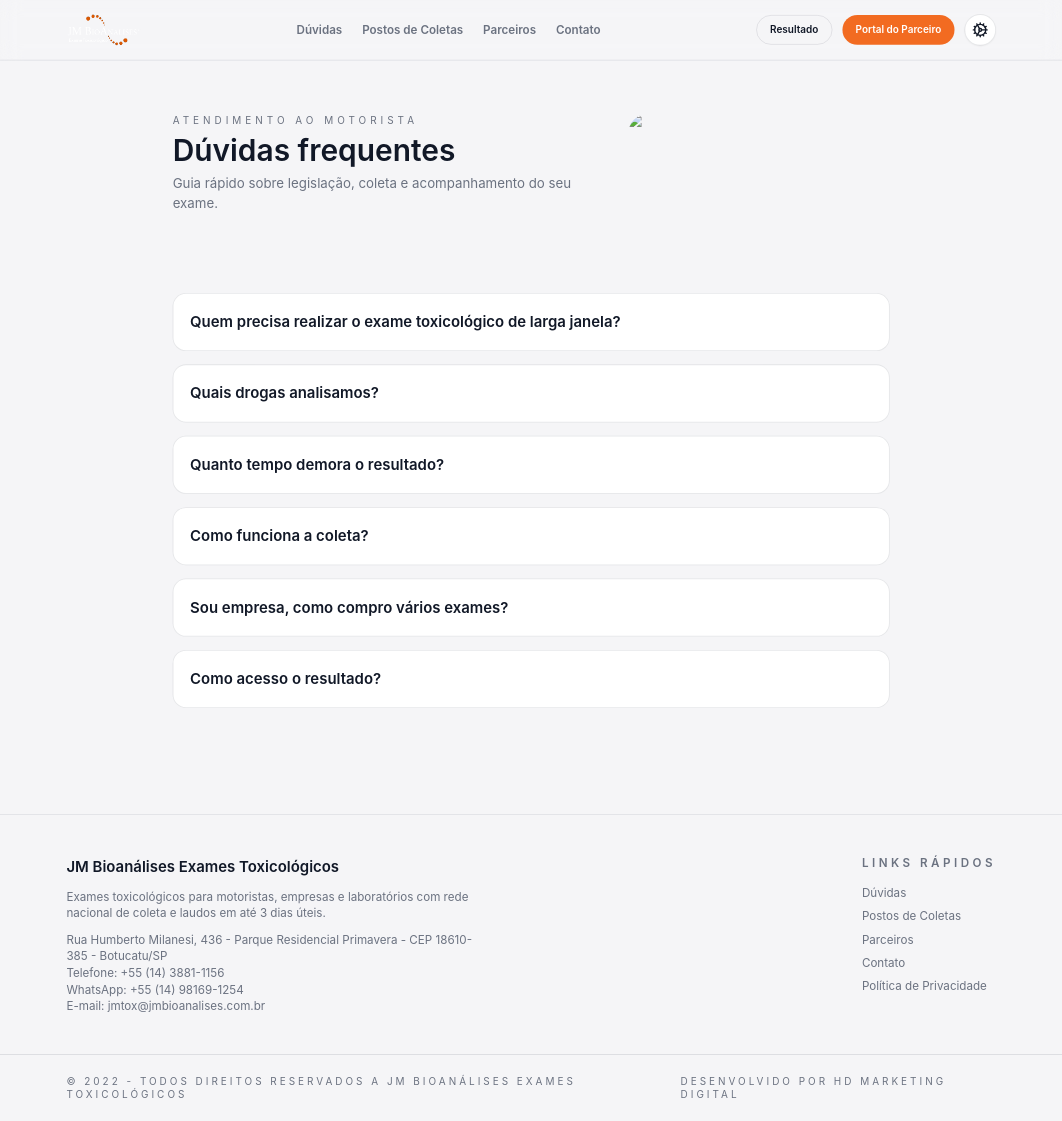
Repository: 1xLab/cat1
Page: /duvidas-frequentes
These files come from the project's save history. The page is drawn as it stood at one moment and after the next save; the edit follows.
The browser window is 1280 px wide. The pictures show the whole page, at 83% of full size.
The page's requests for data from a server got no answer. The project was rebuilt for these pictures with package versions that can differ from the ones it lists, and the page was loaded fresh each time. The framework's server and built-in components were replaced by stand-ins that run in the browser. No one was signed in, and anything a server would have sent is missing. Also part of the build but not shown: next.config.ts.

Above is the page before, as saved 2025-11-19 21:48:12.

### src/app/layout.tsx
import type { Metadata } from "next";
import { Geist, Geist_Mono } from "next/font/google";
import "./globals.css";

import { Header } from "@/components/layout/header";
import { Footer } from "@/components/layout/footer";
import { baseMetadata } from "@/lib/seo";
import { LabSchema } from "@/components/seo/lab-schema";
import { TagManager } from "@/components/analytics/tag-manager";

const geistSans = Geist({
  variable: "--font-geist-sans",
  subsets: ["latin"],
});

const geistMono = Geist_Mono({
  variable: "--font-geist-mono",
  subsets: ["latin"],
});

export const metadata: Metadata = baseMetadata;

export default function RootLayout({
  children,
}: Readonly<{
  children: React.ReactNode;
}>) {
  return (
    <html lang="pt-BR" data-theme="sunrise">
      <body className={`${geistSans.variable} ${geistMono.variable} antialiased`}>
        <TagManager />
        <LabSchema />
        <Header />
        <main className="min-h-screen bg-[var(--color-bg)] text-[var(--color-text)]">
          {children}
        </main>
        <Footer />
      </body>
    </html>
  );
}

### src/app/duvidas-frequentes/page.tsx
import Image from "next/image";
import type { Metadata } from "next";

const illustration = "/imagens/illustration-duvidas.svg";

const faqs = [
  {
    question: "Quem precisa realizar o exame toxicológico de larga janela?",
    answer:
      "Motoristas das categorias C, D e E que vão emitir, renovar ou alterar a CNH e profissionais CLT dessas categorias nos processos de admissão e desligamento previstos na Lei do Motorista (Lei 13.103/15) e Portaria 116 do Ministério do Trabalho.",
  },
  {
    question: "Quais drogas analisamos?",
    answer:
      "Seguimos o painel exigido pelo DENATRAN: cocaína e derivados, maconha e derivados, anfetaminas, metanfetaminas, ecstasy (MDMA/MDA), opiáceos (codeína, morfina, heroína) e anorexígenos (anfetamina, mazindol, femproporex).",
  },
  {
    question: "Quanto tempo demora o resultado?",
    answer:
      "Após a amostra chegar ao laboratório liberamos o laudo digital em até 3 dias úteis. Em regiões remotas ou com alto volume o prazo pode chegar a 5 dias úteis, mas sempre informamos o status no portal.",
  },
  {
    question: "Como funciona a coleta?",
    answer:
      "Coletamos preferencialmente cabelo com pelo menos 4 cm próximo à raiz. Se o motorista estiver sem cabelo suficiente usamos pelos do corpo (axila, tórax, pernas etc.). A ausência total de pelos inviabiliza o exame.",
  },
  {
    question: "Sou empresa, como compro vários exames?",
    answer:
      "Entre em contato com nosso time comercial para planos corporativos. Entregamos vouchers centralizados, relatórios para o CAGED e suporte para auditorias de segurança.",
  },
  {
    question: "Como acesso o resultado?",
    answer:
      "Use o botão Resultado no topo do site, informe CPF e senha e acompanhe o status. Também enviamos alertas por e-mail e WhatsApp quando o laudo está disponível.",
  },
];

export const metadata: Metadata = {
  title: "Dúvidas frequentes | JM Tox",
};

export default function DuvidasPage() {
  return (
    <section className="mx-auto max-w-4xl px-4 py-16">
      <div className="grid gap-6 md:grid-cols-[1fr_0.6fr]">
        <div className="space-y-2">
          <p className="text-xs uppercase tracking-[0.4em] text-[var(--color-text-muted)]">
            Atendimento ao motorista
          </p>
          <h1 className="text-4xl font-semibold text-[var(--color-text)]">
            Dúvidas frequentes
          </h1>
          <p className="text-[var(--color-text-muted)]">
            Guia rápido sobre legislação, coleta e acompanhamento do seu exame.
          </p>
        </div>
        <div className="relative h-44 rounded-3xl">
          <Image
            src={illustration}
            alt="Ilustração de caminhão à noite"
            fill
            className="rounded-3xl object-cover"
            sizes="(min-width: 768px) 250px, 100vw"
          />
        </div>
      </div>
      <div className="mt-10 space-y-4">
        {faqs.map((faq) => (
          <details
            key={faq.question}
            className="rounded-2xl border border-[var(--color-outline)] bg-[var(--color-surface)] p-5"
          >
            <summary className="cursor-pointer list-none text-lg font-semibold text-[var(--color-text)]">
              {faq.question}
            </summary>
            <p className="mt-3 text-sm text-[var(--color-text-muted)]">
              {faq.answer}
            </p>
          </details>
        ))}
      </div>
    </section>
  );
}

### src/app/globals.css
@tailwind base;
@tailwind components;
@tailwind utilities;

:root {
  --color-bg: #f5f5f7;
  --color-surface: #ffffff;
  --color-text: #111827;
  --color-text-muted: #6b7280;
  --color-primary: #f26b21;
  --color-primary-dark: #c65310;
  --color-header: #050608;
  --color-outline: rgba(15, 23, 42, 0.1);
}

[data-theme="sunrise"] {
  --color-bg: #f5f5f7;
  --color-surface: #ffffff;
  --color-text: #111827;
  --color-text-muted: #6b7280;
  --color-primary: #f26b21;
  --color-primary-dark: #c65310;
  --color-header: #050608;
}

[data-theme="midnight"] {
  --color-bg: #050608;
  --color-surface: #111827;
  --color-text: #f9fafb;
  --color-text-muted: #9ca3af;
  --color-primary: #f26b21;
  --color-primary-dark: #f26b21;
  --color-header: #000000;
  --color-outline: rgba(255, 255, 255, 0.1);
}

[data-theme="clinical"] {
  --color-bg: #f3f6fb;
  --color-surface: #ffffff;
  --color-text: #0f172a;
  --color-text-muted: #3f4d63;
  --color-primary: #2563eb;
  --color-primary-dark: #1d4ed8;
  --color-header: #0f172a;
  --color-outline: rgba(15, 23, 42, 0.08);
}

[data-theme="high-contrast"] {
  --color-bg: #000000;
  --color-surface: #000000;
  --color-text: #ffffff;
  --color-text-muted: #f3f4f6;
  --color-primary: #ffbf00;
  --color-primary-dark: #f59e0b;
  --color-header: #000000;
  --color-outline: rgba(255, 255, 255, 0.2);
}

[data-theme="dark"] {
  --color-bg: #111436;
  --color-surface: rgba(255, 255, 255, 0.08);
  --color-text: #fefefe;
  --color-text-muted: #d4ddff;
  --color-primary: #f97316;
  --color-primary-dark: #ea580c;
  --color-header: rgba(17, 20, 54, 0.9);
  --color-outline: rgba(255, 255, 255, 0.2);
}

@layer base {
  * {
    box-sizing: border-box;
  }

  body {
    background: var(--color-bg);
    color: var(--color-text);
    font-family: "Inter", system-ui, -apple-system, BlinkMacSystemFont,
      "Segoe UI", sans-serif;
    min-height: 100vh;
  }
}

@layer utilities {
  .text-balance {
    text-wrap: balance;
  }

  .glass-panel {
    background: color-mix(in srgb, var(--color-surface) 90%, transparent);
    backdrop-filter: blur(18px);
    border: 1px solid color-mix(in srgb, var(--color-outline) 80%, transparent);
    border-radius: 1.5rem;
    box-shadow: 0 15px 45px rgba(15, 23, 42, 0.12);
  }
}

### src/components/layout/header.tsx
import Image from "next/image";
import Link from "next/link";
import { ThemeSwitcher } from "@/components/theme-switcher";
import { Button } from "@/components/ui/button";

const navItems = [
  { label: "Dúvidas", href: "/duvidas-frequentes" },
  { label: "Postos de Coletas", href: "/postos-de-coletas" },
  { label: "Parceiros", href: "/parceiros" },
  { label: "Contato", href: "/contato" },
];

export function Header() {
  return (
    <header className="sticky top-0 z-40 border-b border-[var(--color-outline)] bg-[var(--color-header)]/15 backdrop-blur-md">
      <div className="container mx-auto flex max-w-6xl items-center justify-between gap-4 px-4 py-4">
        <Link href="/" className="flex items-center gap-3">
          <Image
            src="/logo-jm-bioanalises-branco.png"
            alt="JM Bioanálises"
            width={150}
            height={42}
            className="h-10 w-auto"
            priority
          />
          <span className="sr-only">JM Bioanálises</span>
        </Link>
        <nav className="hidden items-center gap-6 text-sm font-semibold text-[var(--color-text-muted)] lg:flex">
          {navItems.map((item) => (
            <Link
              key={item.href}
              href={item.href}
              className="transition hover:text-[var(--color-text)]"
            >
              {item.label}
            </Link>
          ))}
        </nav>
        <div className="flex items-center gap-3">
          <Button asChild variant="outline" size="sm">
            <Link href="/duvidas-frequentes#resultado-online">Resultado</Link>
          </Button>
          <Button asChild size="sm">
            <Link href="/parceiros">Portal do Parceiro</Link>
          </Button>
          <ThemeSwitcher />
        </div>
      </div>
      <div className="border-t border-[var(--color-outline)] bg-[var(--color-header)] px-4 py-3 lg:hidden">
        <nav className="flex flex-wrap gap-3 text-sm font-semibold text-[var(--color-text-muted)]">
          {navItems.map((item) => (
            <Link
              key={item.href}
              href={item.href}
              className="rounded-full border border-gray-600 px-3 py-1 transition hover:border-[var(--color-primary)] hover:text-white"
            >
              {item.label}
            </Link>
          ))}
        </nav>
      </div>
    </header>
  );
}

### src/components/layout/footer.tsx
import Link from "next/link";

import { siteConfig } from "@/lib/site";

const quickLinks = [
  { label: "Dúvidas", href: "/duvidas-frequentes" },
  { label: "Postos de Coletas", href: "/postos-de-coletas" },
  { label: "Parceiros", href: "/parceiros" },
  { label: "Contato", href: "/contato" },
  { label: "Política de Privacidade", href: "/politica-de-privacidade" },
];

export function Footer() {
  return (
    <footer className="mt-16 border-t border-[var(--color-outline)] bg-[var(--color-surface)]/95">
      <div className="mx-auto flex max-w-6xl flex-col gap-8 px-4 py-12 md:flex-row md:justify-between">
        <div className="max-w-lg space-y-3">
          <p className="text-lg font-semibold text-[var(--color-text)]">
            {siteConfig.name}
          </p>
          <p className="text-sm text-[var(--color-text-muted)]">
            {siteConfig.description}
          </p>
          <div className="text-sm text-[var(--color-text-muted)]">
            <p>{siteConfig.address}</p>
            <p>Telefone: {siteConfig.contacts.phone}</p>
            <p>WhatsApp: {siteConfig.contacts.mobile}</p>
            <p>E-mail: {siteConfig.contacts.email}</p>
          </div>
        </div>
        <div>
          <p className="text-sm font-semibold uppercase tracking-[0.3em] text-[var(--color-text-muted)]">
            Links rápidos
          </p>
          <ul className="mt-4 space-y-2 text-sm">
            {quickLinks.map((link) => (
              <li key={link.href}>
                <Link
                  href={link.href}
                  className="text-[var(--color-text-muted)] transition hover:text-[var(--color-text)]"
                >
                  {link.label}
                </Link>
              </li>
            ))}
          </ul>
        </div>
      </div>
      <div className="border-t border-[var(--color-outline)]">
        <div className="mx-auto flex max-w-6xl flex-col gap-2 px-4 py-6 text-xs uppercase tracking-[0.3em] text-[var(--color-text-muted)] md:flex-row md:items-center md:justify-between">
          <p>
            © 2022 - Todos Direitos Reservados a JM Bioanálises Exames Toxicológicos
          </p>
          <p>Desenvolvido por HD Marketing Digital</p>
        </div>
      </div>
    </footer>
  );
}

### src/lib/seo.ts
import type { Metadata } from "next";
import { siteConfig } from "./site";

type SEOParams = {
  title?: string;
  description?: string;
  path?: string;
};

export const baseMetadata: Metadata = {
  metadataBase: new URL(siteConfig.url),
  title: {
    default: `${siteConfig.name} | Laboratório de Toxicologia`,
    template: `%s | ${siteConfig.name}`,
  },
  description: siteConfig.description,
  openGraph: {
    type: "website",
    url: siteConfig.url,
    title: siteConfig.name,
    description: siteConfig.description,
    images: [
      {
        url: siteConfig.ogImage,
        width: 1200,
        height: 630,
        alt: siteConfig.name,
      },
    ],
  },
  twitter: {
    card: "summary_large_image",
    title: siteConfig.name,
    description: siteConfig.description,
    images: [siteConfig.ogImage],
  },
  icons: {
    icon: "/favicon.ico",
  },
};

export const generatePageMetadata = ({
  title,
  description,
  path = "",
}: SEOParams): Metadata => ({
  ...baseMetadata,
  title,
  description,
  alternates: {
    canonical: path ? `${siteConfig.url}${path}` : siteConfig.url,
  },
});

### src/components/seo/lab-schema.tsx
export function LabSchema() {
  const jsonLd = {
    "@context": "https://schema.org",
    "@type": "MedicalOrganization",
    name: "JM Bioanálises Exames Toxicológicos",
    url: "https://jmtox.com.br",
    address: {
      "@type": "PostalAddress",
      streetAddress:
        "Rua Humberto Milanesi, 436 - Parque Residencial Primavera",
      addressLocality: "Botucatu",
      addressRegion: "SP",
      postalCode: "18610-385",
      addressCountry: "BR",
    },
    contactPoint: {
      "@type": "ContactPoint",
      telephone: "+55-14-3881-1156",
      contactType: "customer service",
      availableLanguage: ["Portuguese", "English"],
    },
    sameAs: ["https://www.linkedin.com/company/jmbioanalises"],
    medicalSpecialty: ["Toxicologic"],
  };

  return (
    <script
      type="application/ld+json"
      dangerouslySetInnerHTML={{ __html: JSON.stringify(jsonLd) }}
    />
  );
}

### src/components/analytics/tag-manager.tsx
"use client";

import Script from "next/script";

export function TagManager() {
  const id = process.env.NEXT_PUBLIC_GTM_ID;
  if (!id) return null;

  return (
    <>
      <Script id="gtm-loader">
        {`
          (function(w,d,s,l,i){w[l]=w[l]||[];w[l].push({'gtm.start':
          new Date().getTime(),event:'gtm.js'});var f=d.getElementsByTagName(s)[0],
          j=d.createElement(s),dl=l!='dataLayer'?'&l='+l:'';j.async=true;j.src=
          'https://www.googletagmanager.com/gtm.js?id='+i+dl;f.parentNode.insertBefore(j,f);
          })(window,document,'script','dataLayer','${id}');
        `}
      </Script>
      <noscript>
        <iframe
          src={`https://www.googletagmanager.com/ns.html?id=${id}`}
          height="0"
          width="0"
          style={{ display: "none", visibility: "hidden" }}
        />
      </noscript>
    </>
  );
}

### src/components/theme-switcher.tsx
"use client";

import { useEffect, useState } from "react";
import { Cog, Check } from "lucide-react";
import { cn } from "@/lib/utils";

const themes = [
  { id: "sunrise", name: "Sunrise Light", description: "Luz natural com laranja vibrante." },
  { id: "midnight", name: "Midnight Dark", description: "Interface escura para salas de comando." },
  { id: "clinical", name: "Clinical Light", description: "Azul clínico com fundos neutros." },
  { id: "high-contrast", name: "High Contrast", description: "Alto contraste para máxima leitura." },
];

function applyThemeValue(
  value: string,
  setTheme: (theme: string) => void
) {
  const next = themes.find((item) => item.id === value) ? value : "sunrise";
  setTheme(next);
  document.documentElement.setAttribute("data-theme", next);
  try {
    localStorage.setItem("jmbio-theme", next);
  } catch {
    /* ignore */
  }
}

export function ThemeSwitcher() {
  const [open, setOpen] = useState(false);
  const [theme, setTheme] = useState("sunrise");

  useEffect(() => {
    let stored = "sunrise";
    try {
      stored = localStorage.getItem("jmbio-theme") || "sunrise";
    } catch {
      stored = "sunrise";
    }
    applyThemeValue(stored, setTheme);
  }, []);

  function apply(value: string) {
    applyThemeValue(value, setTheme);
  }

  return (
    <div className="relative">
      <button
        aria-label="Alterar tema do site"
        className="rounded-full border border-[var(--color-outline)] bg-[var(--color-surface)] p-2 text-[var(--color-text)] shadow-sm transition hover:shadow-md"
        onClick={() => setOpen((prev) => !prev)}
      >
        <Cog className="h-5 w-5" />
      </button>
      {open && (
        <div className="absolute right-0 z-50 mt-3 w-64 rounded-2xl border border-[var(--color-outline)] bg-[var(--color-surface)] p-4 shadow-xl">
          <p className="text-xs font-semibold uppercase tracking-[0.3em] text-[var(--color-text-muted)]">
            Temas
          </p>
          <div className="mt-3 space-y-2">
            {themes.map((item) => (
              <button
                key={item.id}
                className={cn(
                  "flex w-full items-start gap-2 rounded-2xl border border-transparent p-3 text-left transition hover:border-[var(--color-outline)]",
                  theme === item.id && "border-[var(--color-primary)] bg-[var(--color-primary)]/10"
                )}
                onClick={() => apply(item.id)}
              >
                <span className="mt-1 text-[var(--color-primary)]">
                  {theme === item.id ? <Check className="h-4 w-4" /> : <span className="block h-4 w-4 rounded-full border border-[var(--color-outline)]" />}
                </span>
                <span>
                  <span className="font-semibold text-[var(--color-text)]">{item.name}</span>
                  <span className="block text-xs text-[var(--color-text-muted)]">{item.description}</span>
                </span>
              </button>
            ))}
          </div>
        </div>
      )}
    </div>
  );
}

### src/components/ui/button.tsx
"use client";

import * as React from "react";
import { Slot } from "@radix-ui/react-slot";
import { cva, type VariantProps } from "class-variance-authority";

import { cn } from "@/lib/utils";

const buttonVariants = cva(
  "inline-flex items-center justify-center whitespace-nowrap rounded-full text-sm font-semibold transition focus-visible:outline-none focus-visible:ring-2 focus-visible:ring-[var(--color-primary)] disabled:pointer-events-none disabled:opacity-60",
  {
    variants: {
      variant: {
        default:
          "bg-[var(--color-primary)] text-white hover:bg-[var(--color-primary-dark)]",
        secondary:
          "bg-[var(--color-surface)] text-[var(--color-text)] border border-[var(--color-outline)] hover:border-[var(--color-primary)]",
        outline:
          "border border-[var(--color-outline)] text-[var(--color-text)] hover:border-[var(--color-primary)] hover:text-[var(--color-text)]",
        ghost: "text-[var(--color-text)] hover:bg-[var(--color-outline)]/30",
        link: "underline-offset-4 text-[var(--color-primary)] hover:underline",
      },
      size: {
        default: "h-11 px-6",
        sm: "h-9 px-4 text-xs",
        lg: "h-12 px-8 text-base",
        icon: "h-10 w-10",
      },
    },
    defaultVariants: {
      variant: "default",
      size: "default",
    },
  }
);

export interface ButtonProps
  extends React.ButtonHTMLAttributes<HTMLButtonElement>,
    VariantProps<typeof buttonVariants> {
  asChild?: boolean;
}

const Button = React.forwardRef<HTMLButtonElement, ButtonProps>(
  ({ className, variant, size, asChild = false, ...props }, ref) => {
    const Comp = asChild ? Slot : "button";
    return (
      <Comp
        className={cn(buttonVariants({ variant, size, className }))}
        ref={ref}
        {...props}
      />
    );
  }
);
Button.displayName = "Button";

export { Button, buttonVariants };

### src/lib/site.ts
export const siteConfig = {
  name: "JM Bioanálises Exames Toxicológicos",
  description:
    "Exames toxicológicos para motoristas, empresas e laboratórios com rede nacional de coleta e laudos em até 3 dias úteis.",
  url: "https://jmtox.com.br",
  ogImage: "/logo-jm-bioanalises-branco.png",
  social: {
    linkedin: "https://www.linkedin.com/company/jmbioanalises",
    whatsapp: "https://api.whatsapp.com/send?phone=5514981691254",
  },
  contacts: {
    phone: "+55 (14) 3881-1156",
    mobile: "+55 (14) 98169-1254",
    email: "jmtox@jmbioanalises.com.br",
  },
  address:
    "Rua Humberto Milanesi, 436 - Parque Residencial Primavera - CEP 18610-385 - Botucatu/SP",
};

export type SiteConfig = typeof siteConfig;

### src/lib/utils.ts
import { type ClassValue, clsx } from "clsx";
import { twMerge } from "tailwind-merge";

export function cn(...inputs: ClassValue[]) {
  return twMerge(clsx(inputs));
}

export function formatPhone(phone: string) {
  const digits = phone.replace(/\D/g, "");
  const match = digits.match(/^(\d{2})(\d{5})(\d{4})$/);
  if (!match) return phone;
  return `(${match[1]}) ${match[2]}-${match[3]}`;
}

export function slugify(value: string) {
  return value
    .toLowerCase()
    .normalize("NFD")
    .replace(/[\u0300-\u036f]/g, "")
    .replace(/[^a-z0-9]+/g, "-")
    .replace(/(^-|-$)+/g, "");
}

export function formatIsoDate(date: string) {
  return new Date(date).toLocaleDateString("pt-BR", {
    day: "2-digit",
    month: "short",
    year: "numeric",
  });
}

### tailwind.config.ts
import type { Config } from "tailwindcss";
import { fontFamily } from "tailwindcss/defaultTheme";
import animate from "tailwindcss-animate";

const config: Config = {
  darkMode: ["class"],
  content: ["./src/**/*.{ts,tsx}"],
  theme: {
    container: {
      center: true,
      padding: {
        DEFAULT: "1.5rem",
        md: "2rem",
      },
      screens: {
        "2xl": "1320px",
      },
    },
    extend: {
      colors: {
        border: "hsl(var(--border))",
        input: "hsl(var(--input))",
        ring: "hsl(var(--ring))",
        background: "hsl(var(--background))",
        foreground: "hsl(var(--foreground))",
        primary: {
          DEFAULT: "hsl(var(--primary))",
          foreground: "hsl(var(--primary-foreground))",
        },
        secondary: {
          DEFAULT: "hsl(var(--secondary))",
          foreground: "hsl(var(--secondary-foreground))",
        },
        muted: {
          DEFAULT: "hsl(var(--muted))",
          foreground: "hsl(var(--muted-foreground))",
        },
        accent: {
          DEFAULT: "hsl(var(--accent))",
          foreground: "hsl(var(--accent-foreground))",
        },
        destructive: {
          DEFAULT: "hsl(var(--destructive))",
          foreground: "hsl(var(--destructive-foreground))",
        },
        card: {
          DEFAULT: "hsl(var(--card))",
          foreground: "hsl(var(--card-foreground))",
        },
      },
      borderRadius: {
        lg: "var(--radius)",
        md: "calc(var(--radius) - 2px)",
        sm: "calc(var(--radius) - 4px)",
      },
      fontFamily: {
        sans: ["var(--font-geist-sans)", ...fontFamily.sans],
        mono: ["var(--font-geist-mono)", ...fontFamily.mono],
      },
      backgroundImage: {
        "grid-fade":
          "radial-gradient(circle at 20% 20%, hsla(var(--primary),0.25), transparent 55%), radial-gradient(circle at 80% 0%, hsla(var(--accent),0.3), transparent 60%)",
      },
    },
  },
  plugins: [animate],
};

export default config;

After the next save:
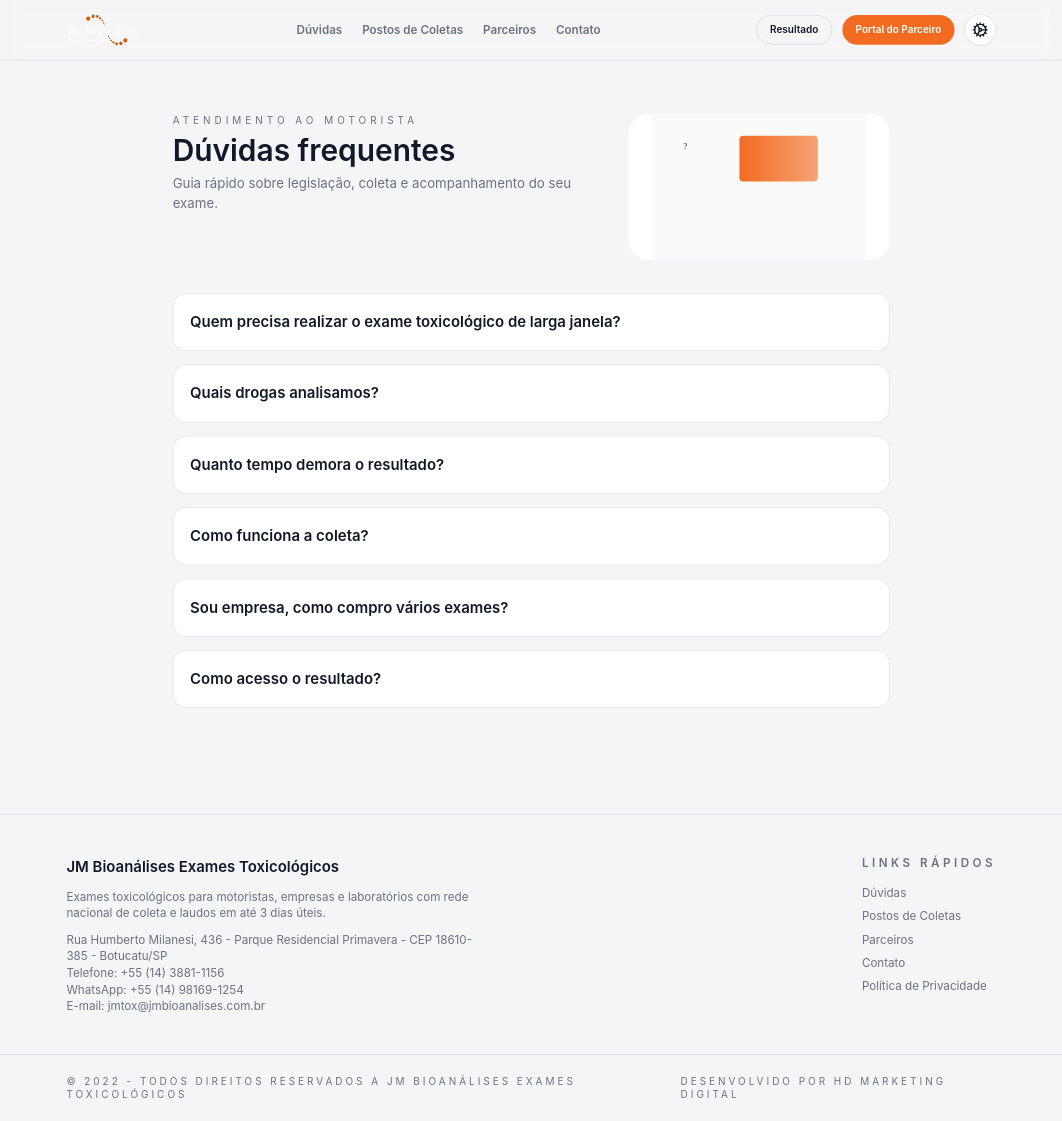
Saved 6 s later.
--- a/src/app/duvidas-frequentes/page.tsx
+++ b/src/app/duvidas-frequentes/page.tsx
@@ -1,7 +1,7 @@
 import Image from "next/image";
 import type { Metadata } from "next";
 
-const illustration = "/imagens/illustration-duvidas.svg";
+const illustration = "/imagens/illustration-duvidas-clean.svg";
 
 const faqs = [
   {
